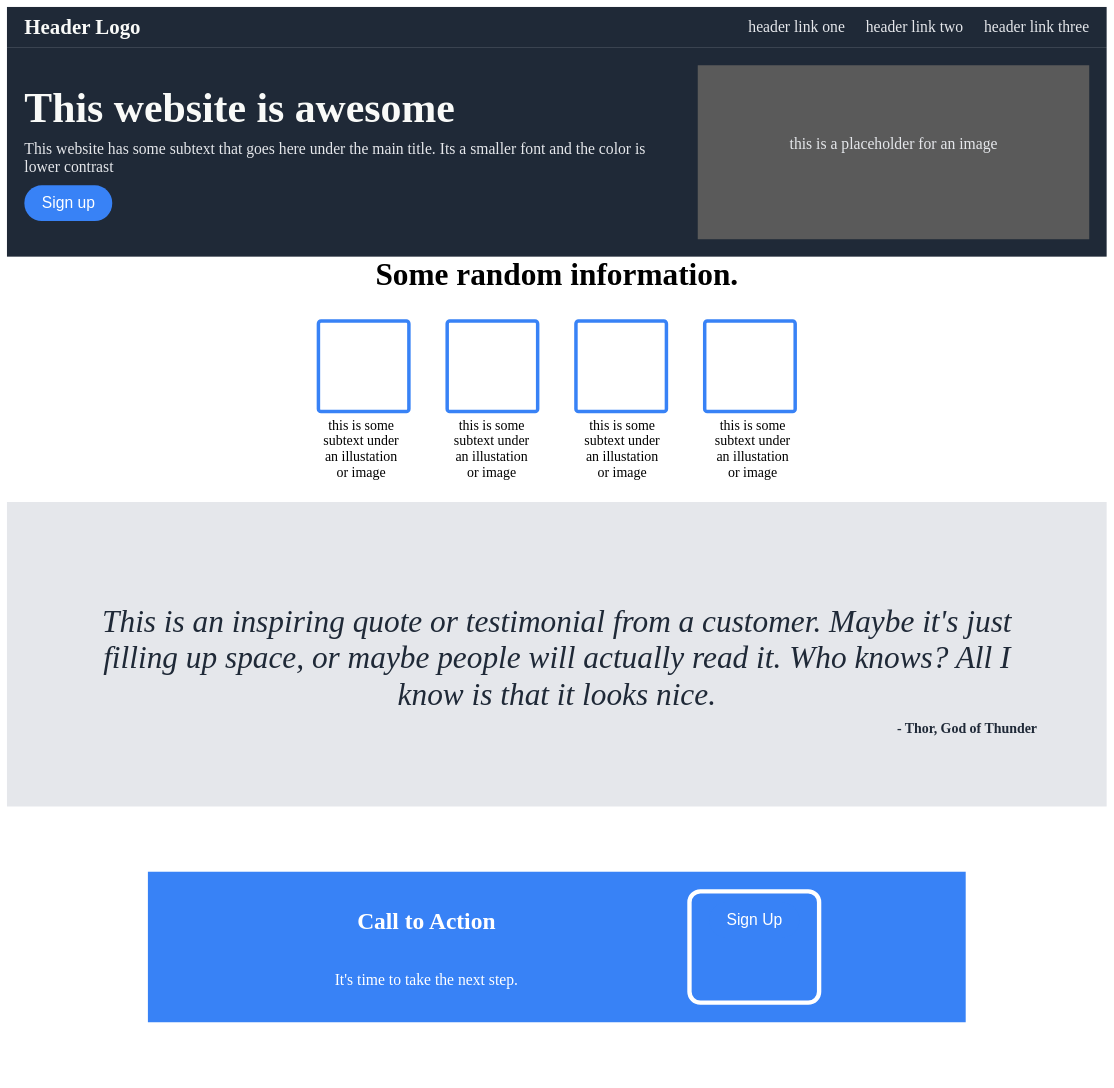
Repository: mnhardy1504/odin-recipes1
Page: flexboxlanding/index.html
These files come from the project's save history. The page is drawn as it stood at one moment and after the next save; the edit follows.
The browser window is 1280 px wide. The pictures show the whole page, at 87% of full size.

Above is the page before, as saved 2023-09-15 13:49:22.

After the next save:
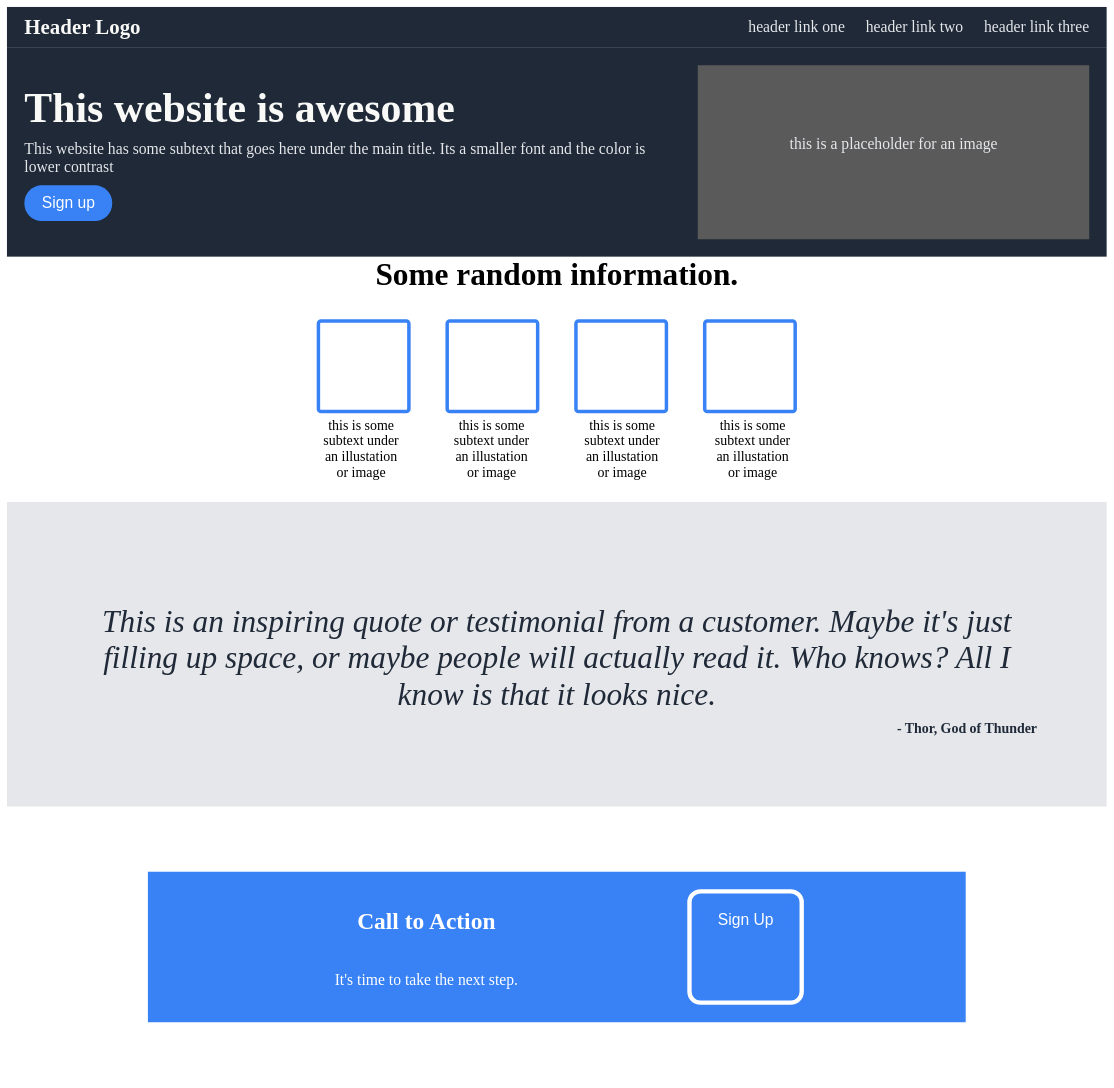
Saved 12 s later.
--- a/flexboxlanding/index.css
+++ b/flexboxlanding/index.css
@@ -154,7 +154,7 @@ h1 {
 .call-to-action-button {
     background-color: #3882F6; /* Blue background for the button */
     color: white;
-    padding: 10px 20px;
+    padding: 10px;
     border: 5px solid white; /* Set border style and color */
     border-radius: 15px;
     font-size: 18px;
